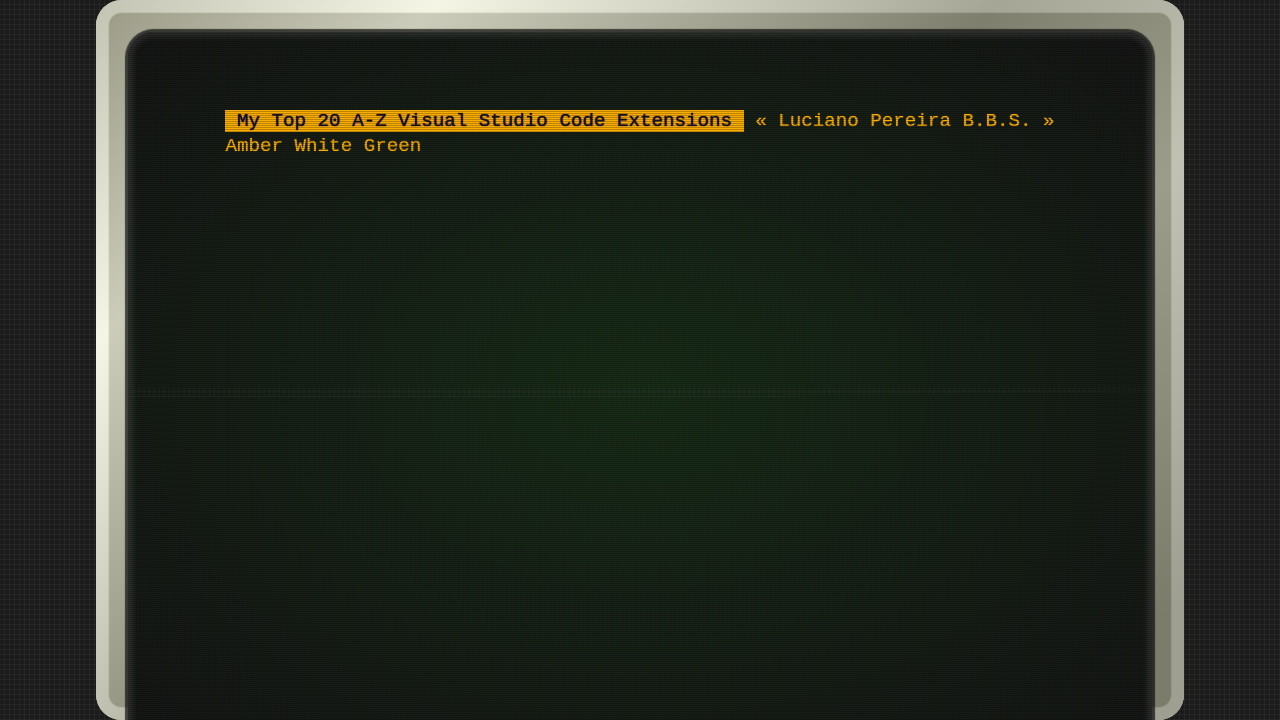
Repository: thisIsMySourceCode/top20-vscode-extesions
Page: index.html
The author's editor kept a copy of each file at every save. The page is drawn from the files as they stood at one save, then again after the next save.
The browser window is 1280 px wide. The pictures show the whole page.

Above is the page before, as saved 2023-02-02 17:45:15.

### index.html
<!DOCTYPE html>
<html lang="en">
<head>
  <meta charset="utf-8">
  <meta name="viewport"    content="width=device-width, initial-scale=1.0">
  <meta name="robots"      content="index, follow">
  <meta name="description" content="TOP20 Vs Code Extensions - Old School Hercules Monitor CSS Experiment"/>
  <title>TOP20 VsExtensions - Luciano</title>
  <link rel="stylesheet" href="./style.css" media="print" onload="this.media='all'">
</head>
<body>
  <div class="overlay">
  </div>
  <div class="crt-bezel">
    <div class="crt green">
      <div class="overlay glitch">
      </div>
      <div id="screen" class="crt-scan-area">
    <em> My Top 20 A-Z Visual Studio Code Extensions </em><a id="contact" href="https://github.com/thisIsMySourceCode"></a>
    Amber White Green
      </div>
    </div>
  </div>
<script src="https://thisismysourcecode.github.io/top20-vscode-extesions/script.js" async></script>
</body>
</html>

### style.css
#contact:after {
             content: ' « Luciano Pereira B.B.S. »\00a0'
}
#contact:hover:after{
             content:' « Lµ¢iªn0 pӖЯӖ|₹Â B.B.S. »\00a0'
}
* {
              margin: 0;
             padding: 0;
}
body {
              display: flex;
           flex-flow: column;
              height: 100vh;
     justify-content: space-around;
    background-color: #1B1B1B;
}
.overlay {
             display: block;
            position: absolute;
                 top: 0;
                left: 0;
               width: 100vw;
              height: 100vh;
    background-color: transparent;
     background-size: 5px 5px, 5px 5px;
 background-position: -1px -1px, -1px -1px;
    background-image: linear-gradient(rgba(255, 255, 255, 0.05) 1px, transparent 1px), linear-gradient(90deg, rgba(255, 255, 255, 0.05) 1px, transparent 1px);
      mix-blend-mode: difference;
}
.crt-bezel {
             display: inline-block;
            position: relative;
              margin: 0 auto;
          box-shadow: inset 0 0 1px 0.66667em #F5F5DC;
       border-radius: 1.33333em;
          background: #B5B59A;
            overflow: hidden;
           font-size: clamp(6px, 1.5vw, 20px);
         line-height: 1.33333;
}
.crt-bezel:before {
             content: "";
            position: absolute;
                 top: 0;
                left: 0;
               right: 0;
              bottom: 0;
             z-index: 2;
          background: linear-gradient(135deg, rgba(52, 52, 52, 0.5) 0%, rgba(252, 252, 252, 0.55) 19%, rgba(1, 1, 1, 0.64) 50%, rgba(100, 100, 100, 0.69) 69%, rgba(51, 51, 51, 0.73) 84%, rgba(22, 22, 22, 0.76) 93%, rgba(27, 27, 27, 0.78) 100%);
             opacity: 0.5;
}
.crt-bezel:after {
             content: "";
            position: absolute;
                 top: 0;
                left: 0;
               right: 0;
              bottom: 0;
             z-index: 1;
    background-color: #ddd;
             opacity: 0.1;
}
.crt {
            position: relative;
              margin: 1.66667em;
       border-radius: 1.33333em;
          box-shadow: 0 0 1px 3px rgba(10, 10, 10, 0.7);
          background: #141414;
            overflow: hidden;
             z-index: 3;
}
.crt:before {
  content: "";
 position: absolute;
      top: 0;
     left: 0;
   bottom: 0;
    right: 0;
box-shadow: inset 0 0 5px 5px rgba(255, 255, 255, 0.1);
border-radius: 1.33333em;
  z-index: -1;
}
.crt-scan-area {
    width: 80ch;
max-width: 80ch;
   height: 31.99992em;
   margin: 2.66667em;
overflow-y: hidden;
white-space: pre-wrap;
font-family: monospace;
}
.crt-scan-area::before {
             content: " ";
             display: block;
            position: absolute;
                 top: 0;
                left: 0;
              bottom: 0;
               right: 0;
          background: linear-gradient(rgba(18, 16, 16, 0) 50%, rgba(0, 0, 0, 0.25) 50%), linear-gradient(90deg, rgba(255, 0, 0, 0.04), rgba(0, 255, 0, 0.02), rgba(0, 0, 255, 0.04));
             z-index: 2;
     background-size: 100% 2px, 3px 100%;
      pointer-events: none;
}
.glitch {
           clip-path: polygon(0 0, 100% 0, 100% 0.5em, 0 0.5em);
           animation: glitch 10s linear infinite;
           transform: translatex(0.1rem);
}
@keyframes glitch {
  to {
           clip-path: polygon(0 calc(100% - .5em), 100% calc(100% - .5em), 0 100%, 0 100%);
  }
}


.amber:before {
  background: radial-gradient(ellipse at center, rgba(255, 176,   0, 0.1) 0%, rgba(255, 255, 255, 0) 100%);
}

.green:before {
background: radial-gradient(ellipse at center, rgba( 51, 255,  51, 0.1) 0%, rgba(255, 255, 255, 0) 100%);
}

.white:before {
  background: radial-gradient(ellipse at center, rgba(204, 204, 238, 0.1) 0%, rgba(255, 255, 255, 0) 100%);
}





  /* From: https://anderse.wordpress.com/2014/04/18/css-and-javascript-retro-terminal-emulator-demo/ */
  /**
   * AnderShell - Just a small CSS demo
   *
   * Copyright (c) 2011-2013, Anders Evenrud <andersevenrud@gmail.com>
   * All rights reserved.
   *
   * Redistribution and use in source and binary forms, with or without
   * modification, are permitted provided that the following conditions are met:
   *
   * 1. Redistributions of source code must retain the above copyright notice, this
   *    list of conditions and the following disclaimer.
   * 2. Redistributions in binary form must reproduce the above copyright notice,
   *    this list of conditions and the following disclaimer in the documentation
   *    and/or other materials provided with the distribution.
   *
   * THIS SOFTWARE IS PROVIDED BY THE COPYRIGHT HOLDERS AND CONTRIBUTORS "AS IS" AND
   * ANY EXPRESS OR IMPLIED WARRANTIES, INCLUDING, BUT NOT LIMITED TO, THE IMPLIED
   * WARRANTIES OF MERCHANTABILITY AND FITNESS FOR A PARTICULAR PURPOSE ARE
   * DISCLAIMED. IN NO EVENT SHALL THE COPYRIGHT OWNER OR CONTRIBUTORS BE LIABLE FOR
   * ANY DIRECT, INDIRECT, INCIDENTAL, SPECIAL, EXEMPLARY, OR CONSEQUENTIAL DAMAGES
   * (INCLUDING, BUT NOT LIMITED TO, PROCUREMENT OF SUBSTITUTE GOODS OR SERVICES;
   * LOSS OF USE, DATA, OR PROFITS; OR BUSINESS INTERRUPTION) HOWEVER CAUSED AND
   * ON ANY THEORY OF LIABILITY, WHETHER IN CONTRACT, STRICT LIABILITY, OR TORT
   * (INCLUDING NEGLIGENCE OR OTHERWISE) ARISING IN ANY WAY OUT OF THE USE OF THIS
   * SOFTWARE, EVEN IF ADVISED OF THE POSSIBILITY OF SUCH DAMAGE.
   */
  /* With simplifications and modifications by Robert Bottomley. */
  /*
  .crt:before {
    background: radial-gradient(ellipse at center, rgba(204, 204, 238, 0.1) 0%, rgba(255, 255, 255, 0) 100%);
    background: radial-gradient(ellipse at center, rgba( 51, 255,  51, 0.1) 0%, rgba(255, 255, 255, 0) 100%);
    background: radial-gradient(ellipse at center, rgba(255, 176,   0, 0.1) 0%, rgba(255, 255, 255, 0) 100%);
  }
  */




  .crt-scan-area {
    color: #cce;
    color: #3f3;
    color: #ffb000;

    text-shadow: 0 0 1px rgba(204, 204, 238, 0.8);
    text-shadow: 0 0 1px rgba(51, 255, 51, 0.8);
    text-shadow: 0 0 1px rgba(255, 176, 0, 0.8);
  }


  .crt-scan-area em {
    color: #141414;

    background-color: #cce;
    background-color: #3f3;
    background-color: #ffb000;
    font-style: normal;
    text-shadow: 0.4389924193300864px 0 1px rgba(0,30,255,0.5), -0.4389924193300864px 0 1px rgba(255,0,80,0.3), 0 0 1px;
  }









  a,a:visited {
    font-style: normal;
    color: #ffb000;

    text-decoration:none;
  }


  span {

    color: #996000;

  }
  a:hover span{color:#141414}

  a:hover{
    color: #141414;
    background-color: #ffb000;
    font-style: normal;
    text-shadow: 0.4389924193300864px 0 1px rgba(0,30,255,0.5), -0.4389924193300864px 0 1px rgba(255,0,80,0.3), 0 0 1px;
  }

After the next save:
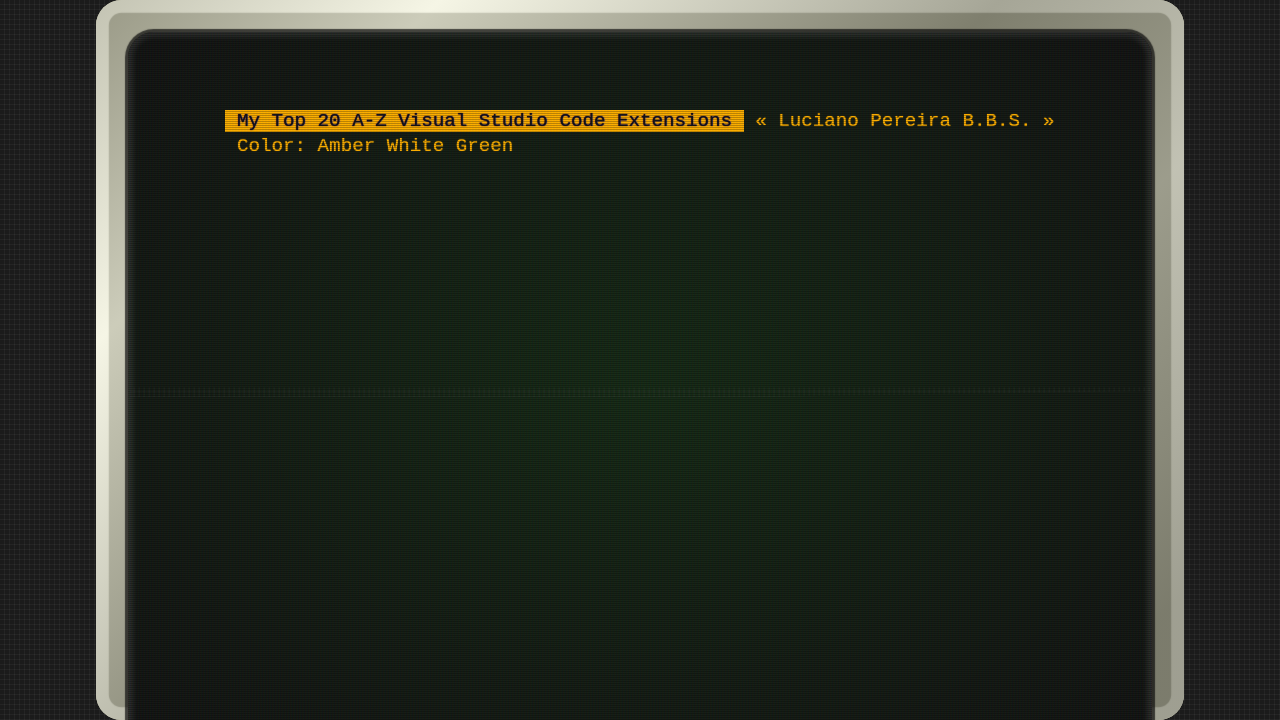
Saved 3 min 33 s later.
--- a/index.html
+++ b/index.html
@@ -17,7 +17,7 @@
       </div>
       <div id="screen" class="crt-scan-area">
     <em> My Top 20 A-Z Visual Studio Code Extensions </em><a id="contact" href="https://github.com/thisIsMySourceCode"></a>
-    Amber White Green
+     Color: Amber White Green
       </div>
     </div>
   </div>
